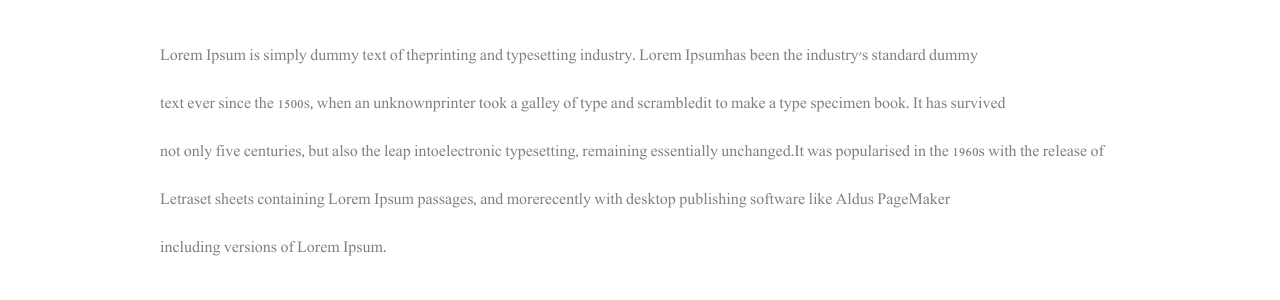
Repository: eg7eg7/Text-Play
Page: /
An editor plug-in stored every save of this project. The page is shown before and after the next save, followed by the edit.
The browser window is 1280 px wide. The pictures show the whole page.
The project was rebuilt for these pictures with package versions that can differ from the ones it lists, and the page was loaded fresh each time.

Above is the page before, as saved 2021-01-11 23:25:24.

### src/index.tsx
import React from 'react';
import ReactDOM from 'react-dom';
import './index.css';
import { TextPlay } from './TextPlay';
import reportWebVitals from './reportWebVitals';

ReactDOM.render(
  <React.StrictMode>
    <TextPlay />
  </React.StrictMode>,
  document.getElementById('root')
);

// If you want to start measuring performance in your app, pass a function
// to log results (for example: reportWebVitals(console.log))
// or send to an analytics endpoint. Learn more: https://bit.ly/CRA-vitals
reportWebVitals();

### src/TextPlay.tsx
import React, { Component } from 'react';
import './TextPlay.css';
type TextState = {
    text: Map<string, number>
    textState: number;
    defaultState: number;
}
export class TextPlay extends Component<{}, TextState> {
    tick() {
        const textMap = new Map();
        textMap.set("Lorem Ipsum is simply dummy text of the", 1);
        textMap.set("printing and typesetting industry. Lorem Ipsum", 2);
        textMap.set("has been the industry's standard dummy ", 3);
        textMap.set("text ever since the 1500s, when an unknown ", 4);
        textMap.set("printer took a galley of type and scrambled ", 1);
        textMap.set("it to make a type specimen book. It has survived", 1);
        textMap.set("not only five centuries, but also the leap into ", 3);
        textMap.set("electronic typesetting, remaining essentially unchanged. ", 1);
        textMap.set("It was popularised in the 1960s with the release of ", 3);
        textMap.set("Letraset sheets containing Lorem Ipsum passages, and more ", 2);
        textMap.set("recently with desktop publishing software like Aldus PageMaker ", 1);
        textMap.set("including versions of Lorem Ipsum.", 1);
        this.setState({
            defaultState: 0,
            textState: 0,
            text: textMap
        });
    }

    componentWillMount() {
        this.tick();
    }

    componentDidMount() {
        this.tick();
    }

    createTextDivs(): React.ReactNode  {
        const values = [];
        let keys = Array.from(this.state.text.keys());
        for(var string of keys) {
            const value = this.state.text.get(string) || this.state.defaultState;
            values.push(<div className="textBlock" onMouseEnter={() => this.setState({ textState: value }) }>
            {
              this.state.textState === value ? (
                <p className="bold">{string}</p>
              ) : (
                <p className="hide">{string}</p>
              )
            }
          </div>);
        };
        return values;
    }
    render() {
        console.log(this.state.textState);;
        return <div className="TextPlay">{this.createTextDivs()}</div>
      }
}

### src/TextPlay.css

p.hide {
    color:grey;
}
p.bold {
    font-weight: bold;
    color:black;
}
@font-face {
    font-family: FrankRuehl;
    src: url(frank.ttf);
  }
p {
    font-family: 'FrankRuehl', 'Arial Narrow', Arial, sans-serif;
}
div.textBlock {
    float: left;
}
.TextPlay {
    margin-top: 2em;
    margin-bottom: 5em;
    margin-left: 10em;
    text-align: justify;
    /* width:100%; */
    display:inline-block;
    margin-right: 10em;
}

Loaded but not shown: public/index.html (common file); src/index.css (common file); src/reportWebVitals.ts (common file)

After the next save:
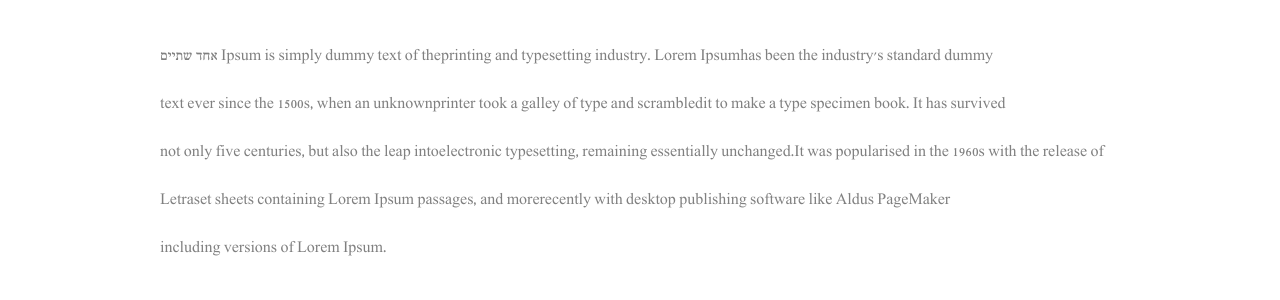
Saved 83 s later.
--- a/src/TextPlay.tsx
+++ b/src/TextPlay.tsx
@@ -8,7 +8,7 @@ type TextState = {
 export class TextPlay extends Component<{}, TextState> {
     tick() {
         const textMap = new Map();
-        textMap.set("Lorem Ipsum is simply dummy text of the", 1);
+        textMap.set("אחד שתיים Ipsum is simply dummy text of the", 1);
         textMap.set("printing and typesetting industry. Lorem Ipsum", 2);
         textMap.set("has been the industry's standard dummy ", 3);
         textMap.set("text ever since the 1500s, when an unknown ", 4);
